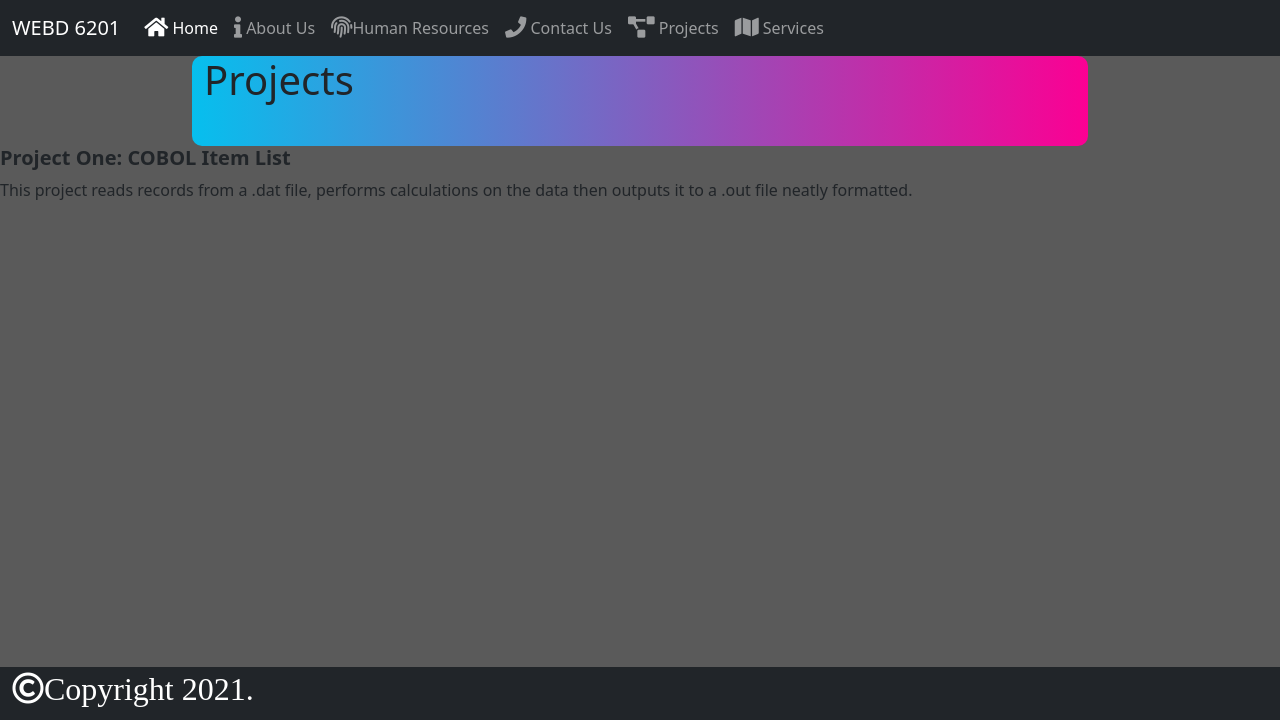
Repository: vans12345678/WEBD6201-W2021-Week3
Page: projects.html
The author's editor kept a copy of each file at every save. The page is drawn from the files as they stood at one save, then again after the next save.
The browser window is 1280 px wide. The pictures show the whole page.

Above is the page before, as saved 2021-01-28 21:31:41.

After the next save:
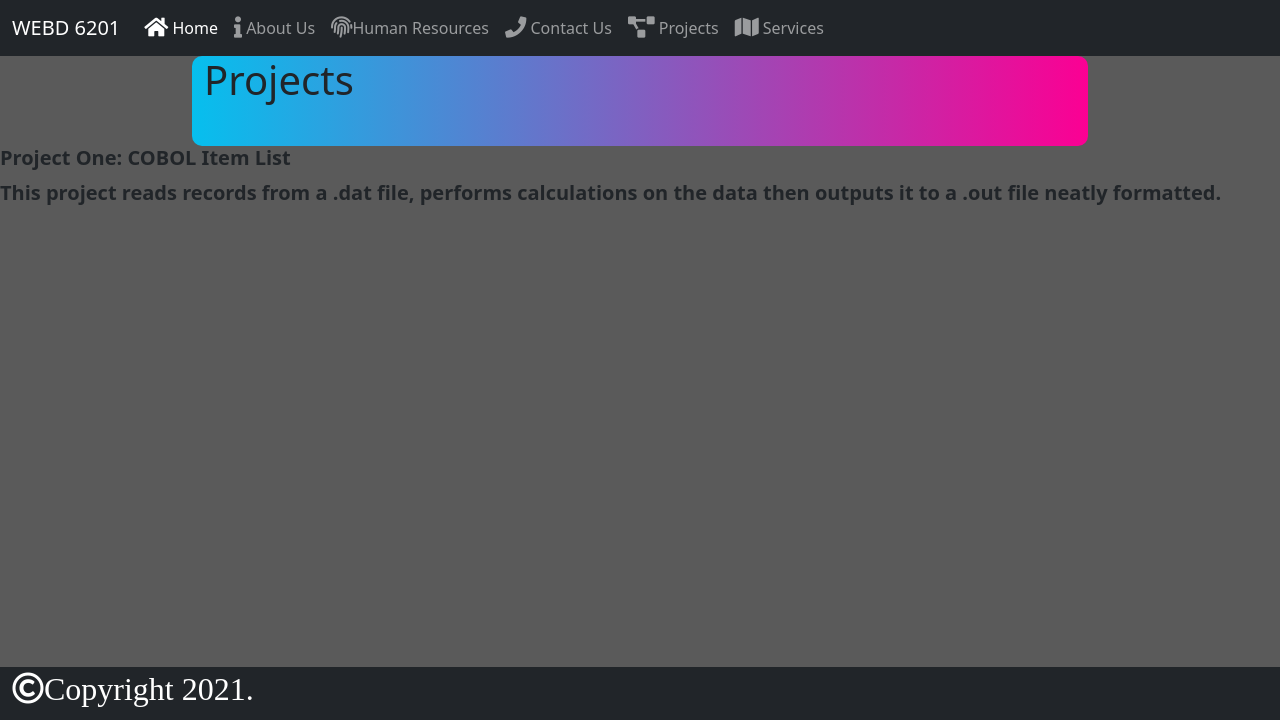
Saved 15 s later.
--- a/Scripts/app.js
+++ b/Scripts/app.js
@@ -39,6 +39,7 @@
         projectOneTextElement.textContent = projectOneText;
         projectOneDescriptionElement.textContent = projectOneDescription;
 
+        projectOneDescriptionElement.className = "fs-5 fw-bold text-left";
         projectOneTextElement.className = "fs-5 fw-bold text-left";
     }
     function displayServices()
